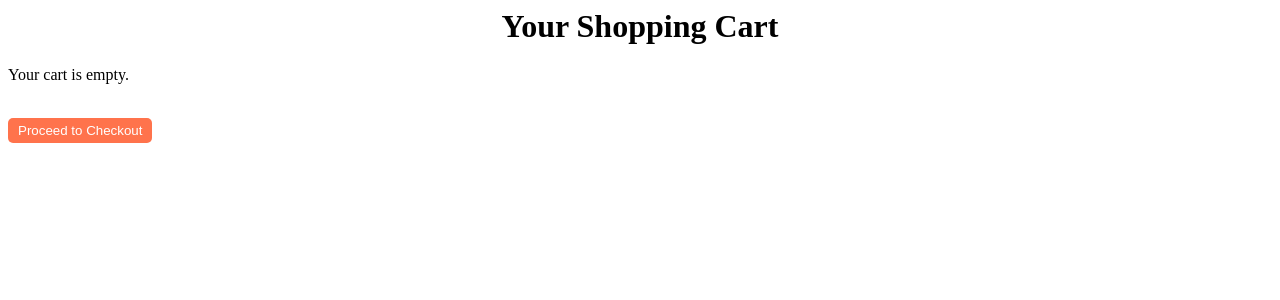
Repository: Sujith-B-S/Food-Application
Page: http://localhost/FoodApplication/cart.jsp
The author's editor kept a copy of each file at every save. The page is drawn from the files as they stood at one save, then again after the next save.
The browser window is 1280 px wide. The pictures show the whole page.
The page is served by Tomcat 9.

Above is the page before, as saved 2024-11-20 05:46:30.

After the next save:
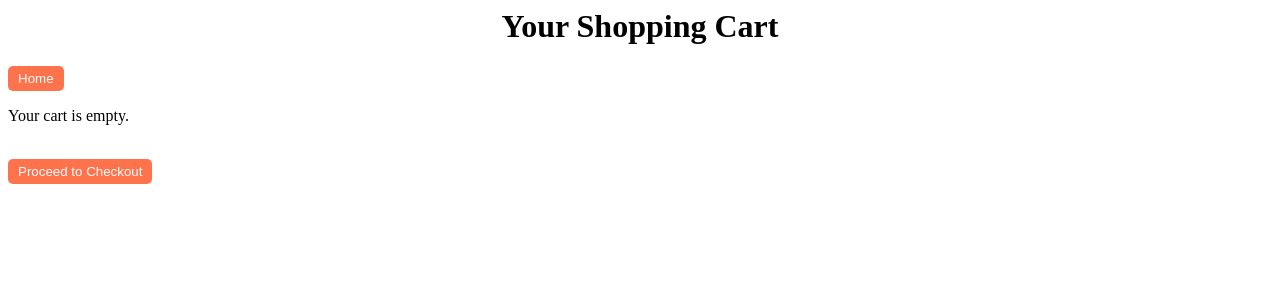
Saved 43 s later.
--- a/FoodApplication/src/main/webapp/cart.jsp
+++ b/FoodApplication/src/main/webapp/cart.jsp
@@ -56,7 +56,7 @@
 </head>
 <body>
     <h1>Your Shopping Cart</h1>
-
+    <a href = "home.jsp"> <button>Home</button> </a>
     <%
         // Retrieve the cart from the session
         Map<Integer, CartItem> cart = (Map<Integer, CartItem>) session.getAttribute("cart");
